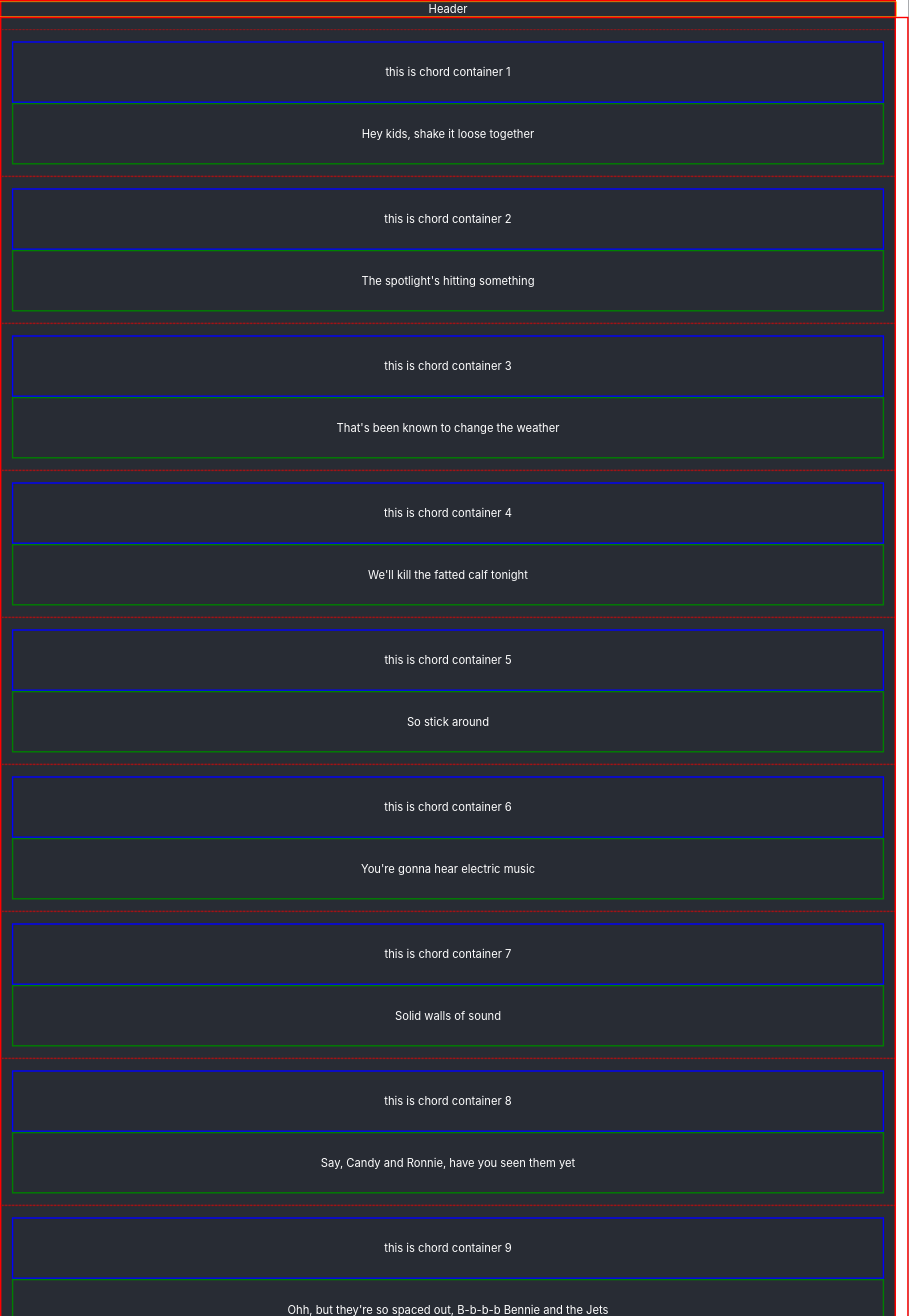
Repository: mattnoth/easy-nash-tab
Page: /
An editor plug-in stored every save of this project. The page is shown before and after the next save, followed by the edit.
The browser window is 1280 px wide. The page is 1298 px wide, so the pictures cover 1298 px, including what lies to the right of the window. The pictures show the part of the page from y = 0 to 1880 px (the page is 9302 px tall before and 9318 px after), at 70% of full size.
The project was rebuilt for these pictures with package versions that can differ from the ones it lists, and the page was loaded fresh each time.

Above is the page before, as saved 2022-08-07 14:32:48.

After the next save:
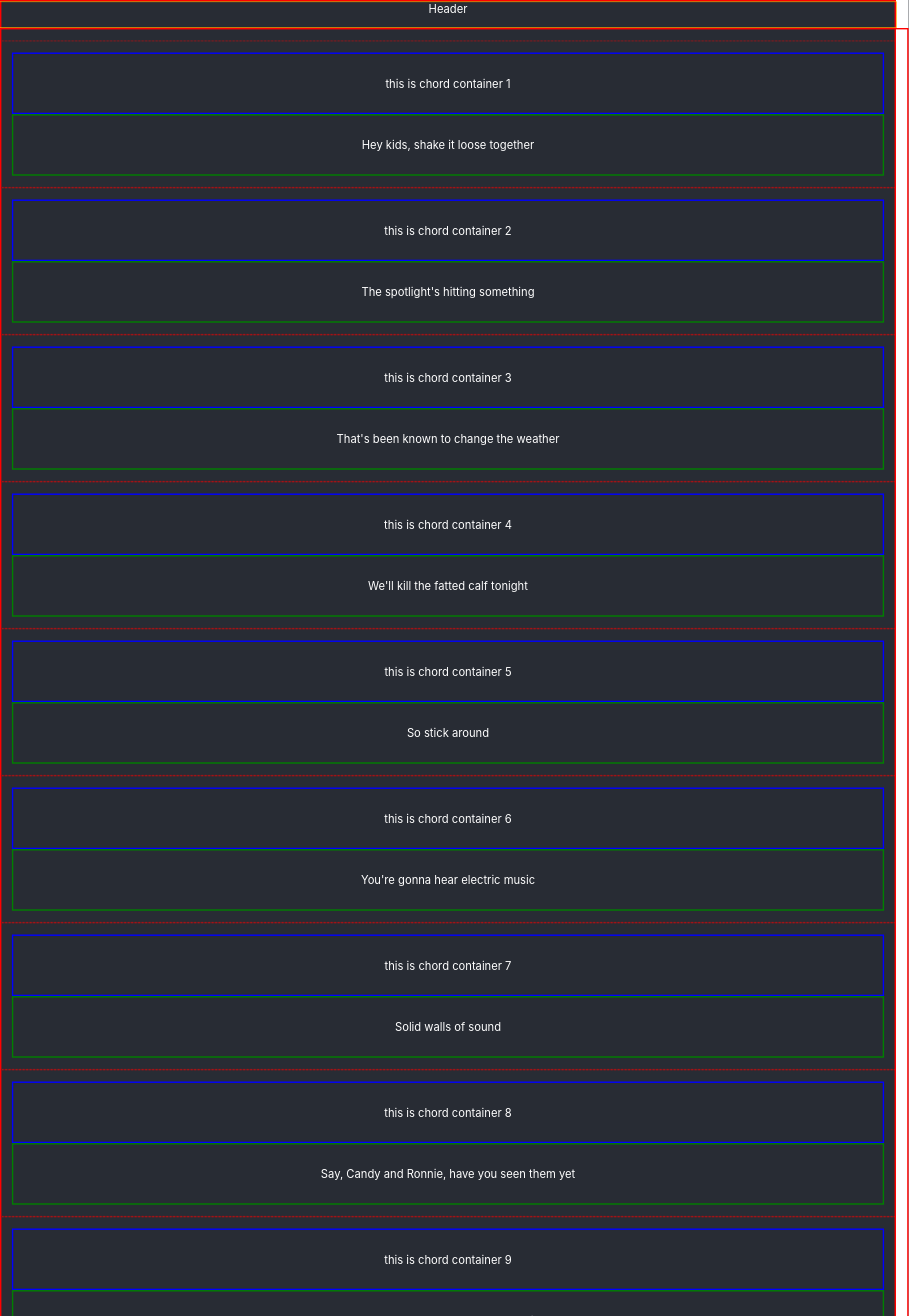
Saved 9 s later.
--- a/src/App.css
+++ b/src/App.css
@@ -14,6 +14,7 @@
 .App-header {
   border: 1px solid orange;
   min-width: 100vw;
+  min-height: 5vh;
 }
 
 .App-logo {
